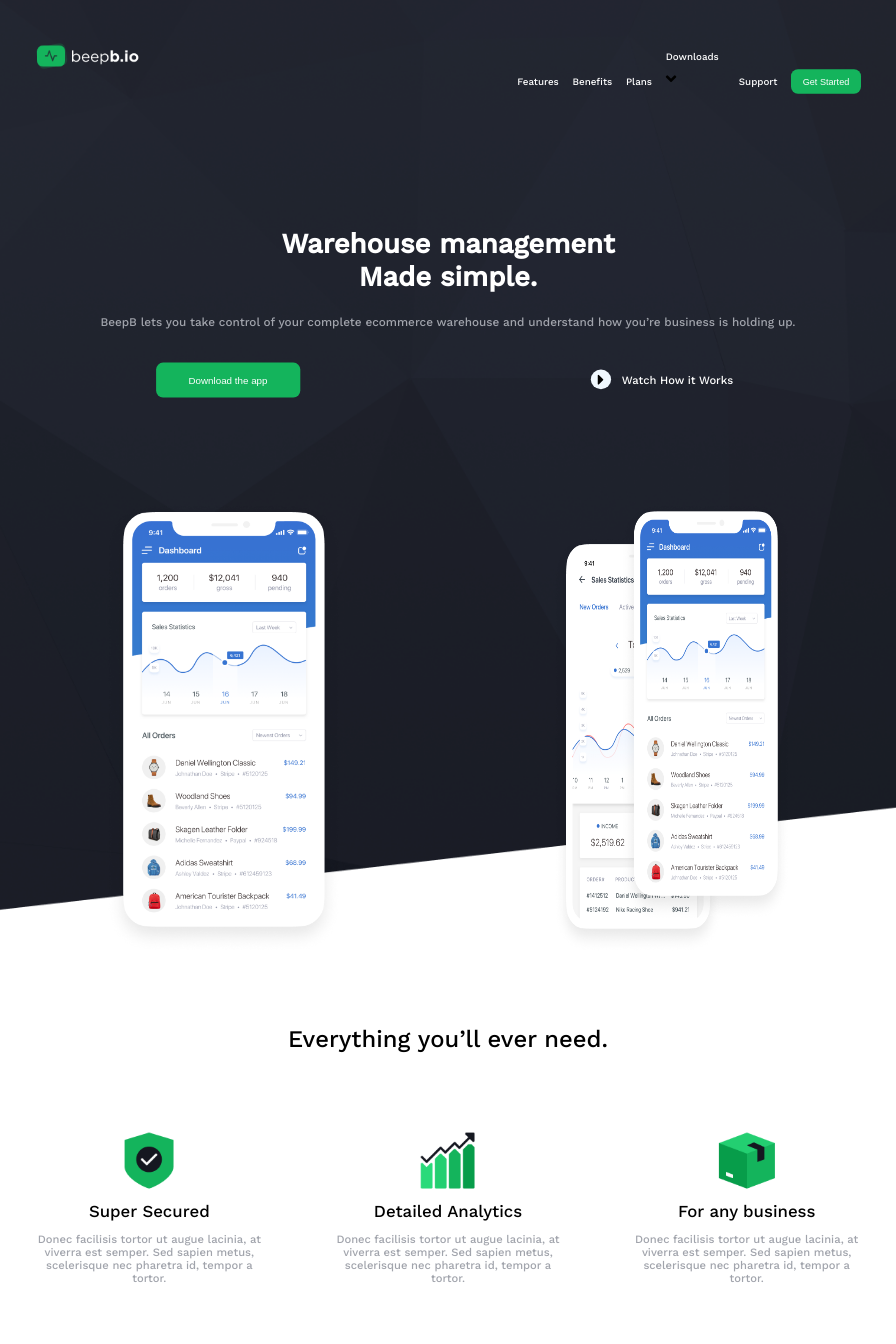
Repository: thinhnguyen347/thinhnguyen347.github.io
Page: cut-html-css/index.html
The author's editor kept a copy of each file at every save. The page is drawn from the files as they stood at one save, then again after a run of saves.
The browser window is 1280 px wide. The pictures show the part of the page from y = 0 to 1920 px (the page is 5255 px tall before and 5222 px after), at 70% of full size.

Above is the page before, as saved 2021-11-10 17:07:02.

After the next 3 saves:
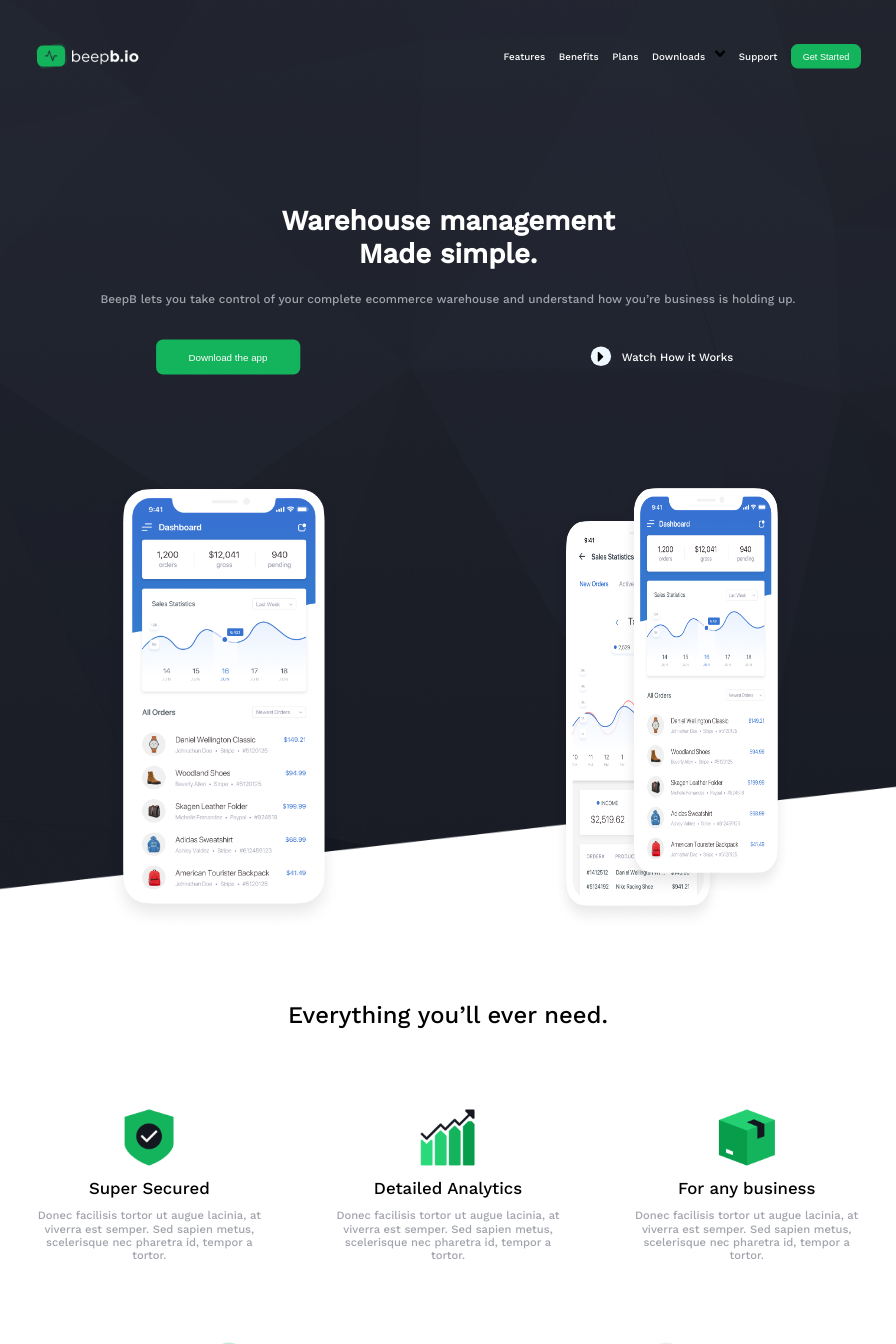
The 3 saves are shown as one change because they came seconds apart.
The last was saved 14 s later.
--- a/cut-html-css/css/style.css
+++ b/cut-html-css/css/style.css
@@ -527,11 +527,9 @@ display: flex;
 place-items: center;
 }
 
-i.fas {
+.fas {
   font-size: 24px !important;
   color: black !important;
-
   display: block;
-
   line-height: 24px;
 }
